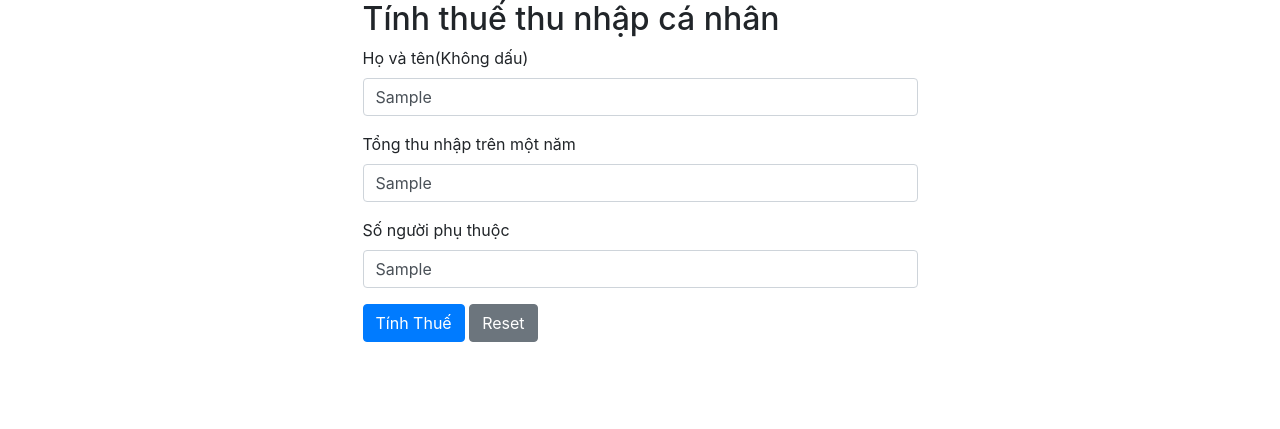
Repository: dovanthao2404/BC14_BaiTap_JS_Buoi_5_dovanthao
Page: html/bai3.html
An editor plug-in stored every save of this project. The page is shown before and after the next save, followed by the edit.
The browser window is 1280 px wide. The pictures show the whole page.
Empty fields were first filled with sample values (such as "Sample", 5 or name@example.com).
After loading, the first visible `#btnResult` was clicked once.

Above is the page before, as saved 2021-07-06 23:21:21.
Console error: ReferenceError: checkName is not defined

### html/bai3.html
<!DOCTYPE html>
<html lang="en">

<head>
  <meta charset="UTF-8">
  <meta http-equiv="X-UA-Compatible" content="IE=edge">
  <meta name="viewport" content="width=device-width, initial-scale=1.0">
  <title>Document</title>

  <!-- BS -->
  <link rel="stylesheet" href="https://cdn.jsdelivr.net/npm/bootstrap@4.6.0/dist/css/bootstrap.min.css"
    integrity="sha384-B0vP5xmATw1+K9KRQjQERJvTumQW0nPEzvF6L/Z6nronJ3oUOFUFpCjEUQouq2+l" crossorigin="anonymous">
</head>

<body>

  <div class="container">
    <div class="personal-tax">
      <form class="w-50 mx-auto">
        <h2>Tính thuế thu nhập cá nhân</h2>
        <div class="form-group">
          <label for="fullName">Họ và tên(Không dấu)</label>
          <input class="form-control" id="fullName" type="text" placeholder="Họ tên">
          <span class="text-danger" id="notifiName"></span>
        </div>
        <div class="form-group">
          <label for="totalIncome">Tổng thu nhập trên một năm</label>
          <input class="form-control" id="totalIncome" type="text" placeholder="Thu nhập năm">
          <span class="text-danger" id="notifiIncome"></span>
        </div>
        <div class="form-group">
          <label for="dependents">Số người phụ thuộc</label>
          <input class="form-control" id="dependents" type="text" placeholder="Người phụ thuộc">
          <span class="text-danger" id="notifiDependent"></span>
        </div>
        <button id="btnResult" type="button" class="btn btn-primary">Tính Thuế</button>
        <button type="reset" class="btn btn-secondary">Reset</button>
      </form>
      <div class="mt-3 w-50 mx-auto">
        <b id="resultContent">
        </b>
      </div>
    </div>
  </div>
  <!-- MAIN JS -->
  <script src="../js/bai3.js"></script>
</body>

</html>

### js/bai3.js
// Các hằng số global
const TAX_PERCENTAGE_LEVEL_1 = 0.05;
const TAX_PERCENTAGE_LEVEL_2 = 0.1;
const TAX_PERCENTAGE_LEVEL_3 = 0.15;
const TAX_PERCENTAGE_LEVEL_4 = 0.2;
const TAX_PERCENTAGE_LEVEL_5 = 0.25;
const TAX_PERCENTAGE_LEVEL_6 = 0.3;
const TAX_PERCENTAGE_LEVEL_7 = 0.35;

// Lấy element từ id
function getEle(id) {
  return document.getElementById(id);
}

// Các thông báo lỗi
var notifications = [
  "Vui lòng nhập vào họ và tên!",
  "Vui lòng nhập vào tổng thu nhập trên một năm!",
  "Vui lòng nhập số người phụ thuộc!",
  "Vui lòng nhập vào số!",
  "Tổng thu nhập không phải số âm!",
  "Số người phụ thuộc không phải là số âm!",
  "Tên không được là ký tự hoặc số!",
]

// Kiểm tra người dùng có nhập không
function checkEntry(idCheck, idNotification, indexNotification) {
  var contentCheck = getEle(idCheck).value;
  var notification = getEle(idNotification);
  if (contentCheck === '') {
    notification.innerHTML = notifications[indexNotification];
    return false;
  }
  notification.innerHTML = "";
  return true;
}


// Kiểm tra người dùng nhập vào có phải là số không
function checkIsNumber(idCheck, idNotification, indexNotification) {
  var number = +getEle(idCheck).value;
  var notification = getEle(idNotification);
  if (isNaN(number)) {
    notification.innerHTML = notifications[indexNotification];
    return false;
  }
  notification.innerHTML = notifications[indexNotification];
  return true;
}

// kiểm tra người dùng nhập vào số có đúng điều kiện không.
function checkValueNumber(idCheck, idNotification, indexNotification) {
  var number = +getEle(idCheck).value;
  var notification = getEle(idNotification);
  if (number < 0) {
    notification.innerHTML = notifications[indexNotification];
    return false;
  }
  notification.innerHTML = '';
  return true;
}

// Kiểm tra tất cả giá trị có hợp lệ không
function checkValid() {
  var result1 = checkEntry("fullName", "notifiName", 0) &&
    checkName("fullName", "notifiName", 6);

  var result2 = checkEntry("totalIncome", "notifiIncome", 1) &&
    checkIsNumber("totalIncome", "notifiIncome", 3) &&
    checkValueNumber("totalIncome", "notifiIncome", 4);

  var result3 = checkEntry("dependents", "notifiDependent", 2) &&
    checkIsNumber("dependents", "notifiDependent", 3) &&
    checkValueNumber("dependents", "notifiDependent", 5);

  return (result1 && result2 && result3) ? true : false;
}

// Tính tiền phải chịu thuế
function calculateTaxableIncome() {
  const FREE = 4000000;
  const DEPENDENT_MONEY = 1600000;
  var totalIncome = +getEle("totalIncome").value;
  var dependents = +getEle("dependents").value;
  return totalIncome - FREE - dependents * DEPENDENT_MONEY;
}

// tính tiền thuế bậc 1
function calculateTaxLevel1(taxableIncome) {
  return taxableIncome * TAX_PERCENTAGE_LEVEL_1;
}

// tính tiền thuế bậc 2
function calculateTaxLevel2(taxableIncome) {
  var TaxLevel1 = calculateTaxLevel1(60e6);
  return (taxableIncome - 60e6) * TAX_PERCENTAGE_LEVEL_2 + TaxLevel1;
}

// tính tiền thuế bậc 3
function calculateTaxLevel3(taxableIncome) {
  var TaxLevel2 = calculateTaxLevel2(120e6);
  return (taxableIncome - 120e6) * TAX_PERCENTAGE_LEVEL_3 + TaxLevel2;
}

// tính tiền thuế bậc 4
function calculateTaxLevel4(taxableIncome) {
  var TaxLevel3 = calculateTaxLevel3(210e6);
  return (taxableIncome - 210e6) * TAX_PERCENTAGE_LEVEL_4 + TaxLevel3;
}

// tính tiền thuế bậc 5
function calculateTaxLevel5(taxableIncome) {
  var TaxLevel4 = calculateTaxLevel4(384e6);
  return (taxableIncome - 384e6) * TAX_PERCENTAGE_LEVEL_5 + TaxLevel4;
}

// tính tiền thuế bậc 6
function calculateTaxLevel6(taxableIncome) {
  var TaxLevel5 = calculateTaxLevel5(624e6);
  return (taxableIncome - 624e6) * TAX_PERCENTAGE_LEVEL_6 + TaxLevel5;
}

// tính tiền thuế bậc 7
function calculateTaxLevel7(taxableIncome) {
  var TaxLevel6 = calculateTaxLevel6(960e6);
  return (taxableIncome - 960e6) * TAX_PERCENTAGE_LEVEL_7 + TaxLevel6;
}




// Tính tiền thuế phải trả
function calculateTax() {
  var taxableIncome = calculateTaxableIncome();
  if (taxableIncome > 960e6) {
    return calculateTaxLevel7(taxableIncome);
  }
  if (taxableIncome > 624e6) {
    return calculateTaxLevel6(taxableIncome);

  }
  if (taxableIncome > 384e6) {
    return calculateTaxLevel5(taxableIncome);
  }
  if (taxableIncome > 210e6) {
    return calculateTaxLevel4(taxableIncome);

  }
  if (taxableIncome > 120e6) {
    return calculateTaxLevel3(taxableIncome);
  }
  if (taxableIncome > 60e6) {
    return calculateTaxLevel2(taxableIncome);

  }
  if (taxableIncome > 0) {
    return calculateTaxLevel1(taxableIncome);
  }
  return 0;
}

getEle("btnResult").addEventListener("click", function () {
  var check = checkValid();
  getEle("resultContent").innerHTML = "";
  if (check) {
    var taxMoney = calculateTax();
    if (taxMoney > 0) {
      getEle("resultContent").innerHTML = "Tiền thuế phải trả là: " + taxMoney.toFixed(2) + " VND";
    } else {
      getEle("resultContent").innerHTML = "Bạn không phải chịu thuế!";
    }
  }
})

After the next save:
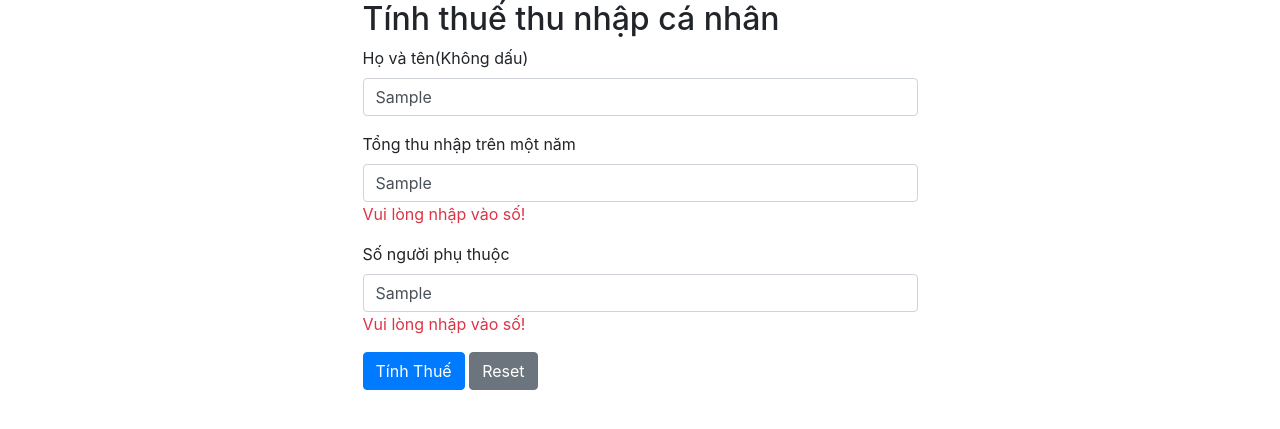
The error is gone.
Saved 38 s later.
--- a/js/bai3.js
+++ b/js/bai3.js
@@ -62,8 +62,7 @@ function checkValueNumber(idCheck, idNotification, indexNotification) {
 
 // Kiểm tra tất cả giá trị có hợp lệ không
 function checkValid() {
-  var result1 = checkEntry("fullName", "notifiName", 0) &&
-    checkName("fullName", "notifiName", 6);
+  var result1 = checkEntry("fullName", "notifiName", 0);
 
   var result2 = checkEntry("totalIncome", "notifiIncome", 1) &&
     checkIsNumber("totalIncome", "notifiIncome", 3) &&
